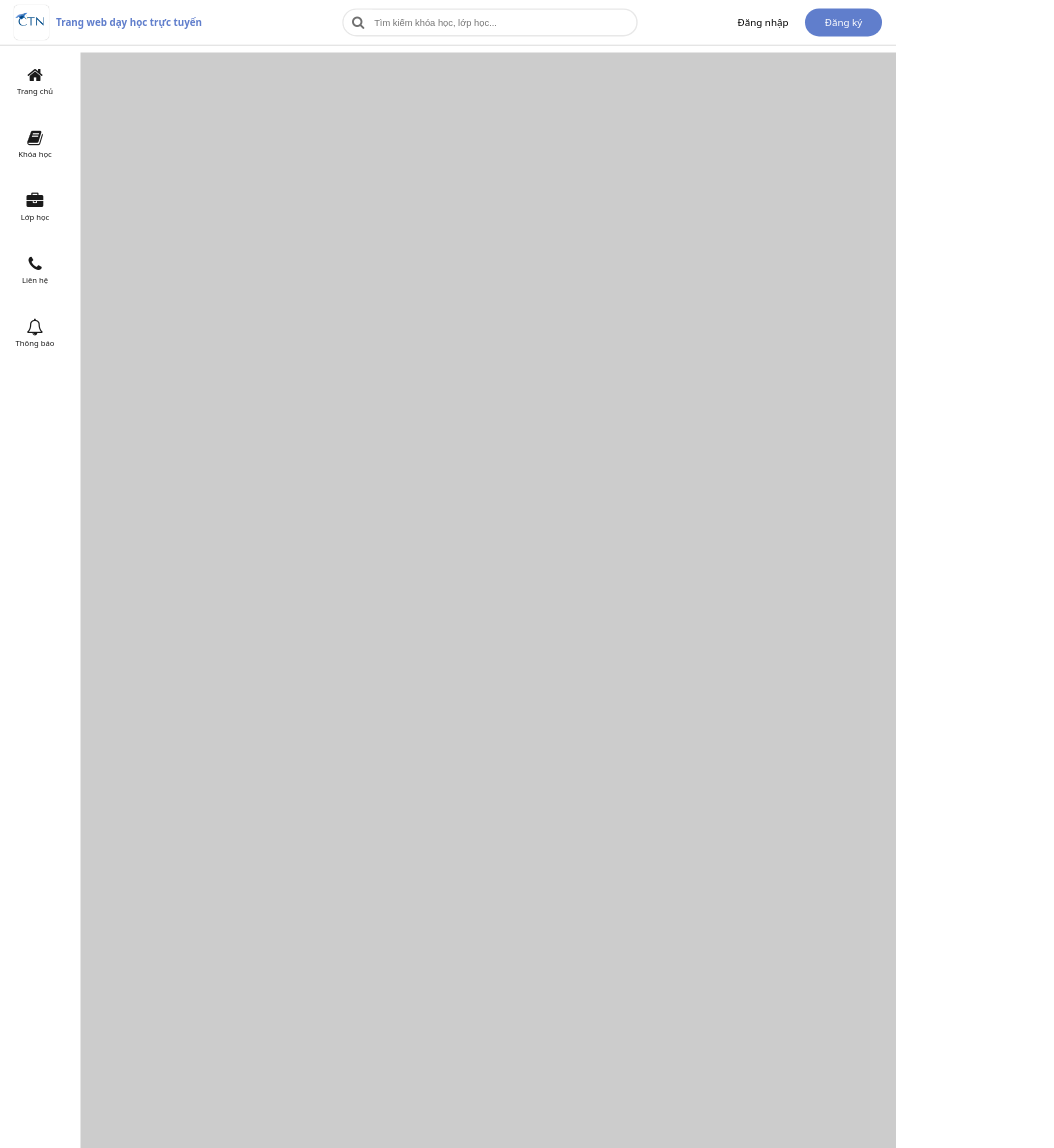
Repository: Nieday306/shophoaqua
Page: index.html
An editor plug-in stored every save of this project. The page is shown before and after the next save, followed by the edit.
The browser window is 1280 px wide. The page is 1280 px wide, then 1506 px, so the pictures cover 1506 px, including what lies to the right of the window. The pictures show the part of the page from y = 0 to 1640 px (the page is 5575 px tall), at 70% of full size.

Above is the page before, as saved 2024-04-07 15:53:15.

After the next save:
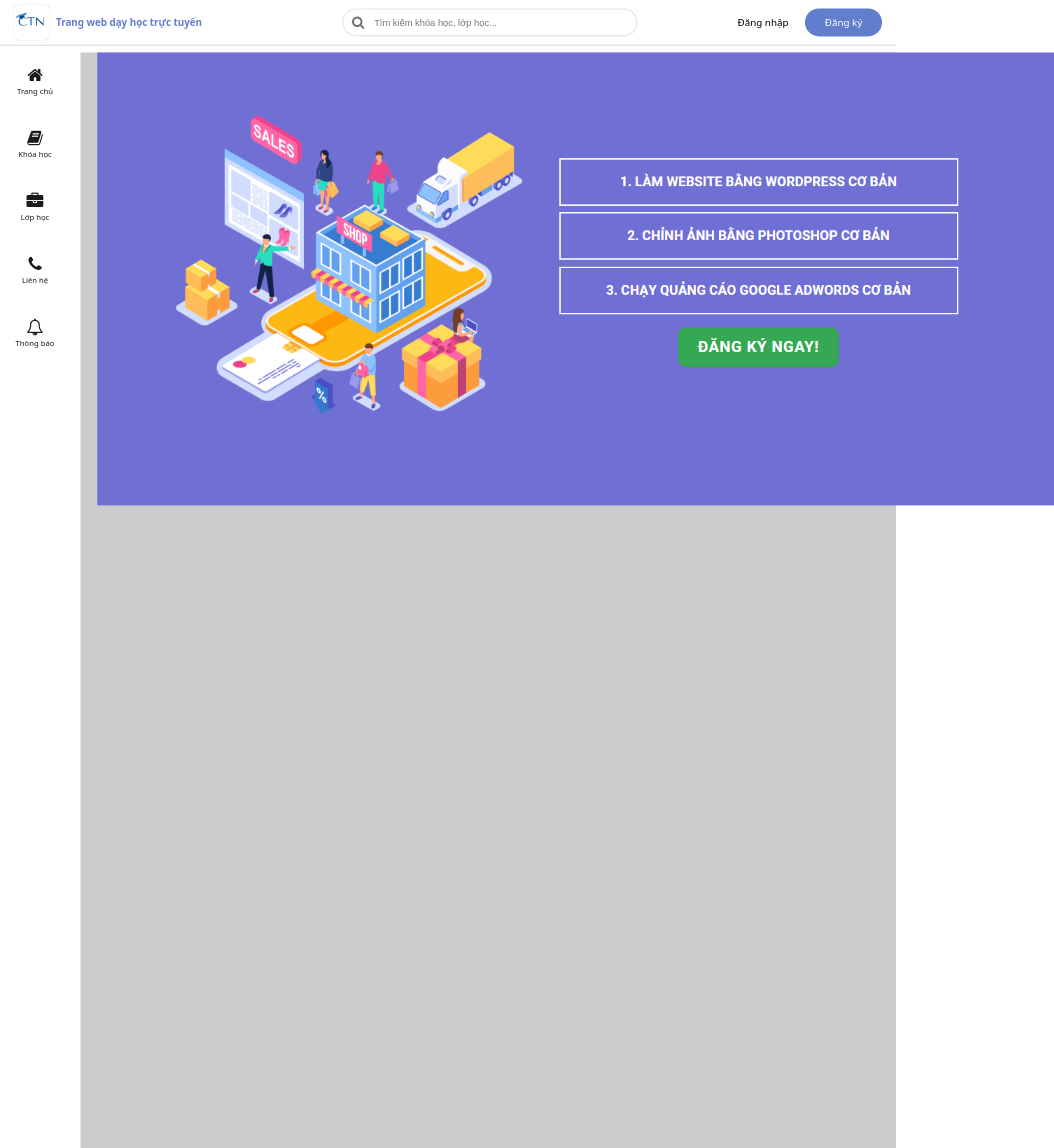
Saved 5 min 52 s later.
--- a/index.html
+++ b/index.html
@@ -158,7 +158,15 @@
         <div class="sidebar__content">
           <!-- banner -->
           <div class="content__banner">
-            <div class="container"></div>
+            <div class="container">
+              <div class="banner">
+                <img
+                  src="./assets/img/banner-content.png"
+                  alt="banner"
+                  class="banner-img"
+                />
+              </div>
+            </div>
           </div>
         </div>
       </div>
